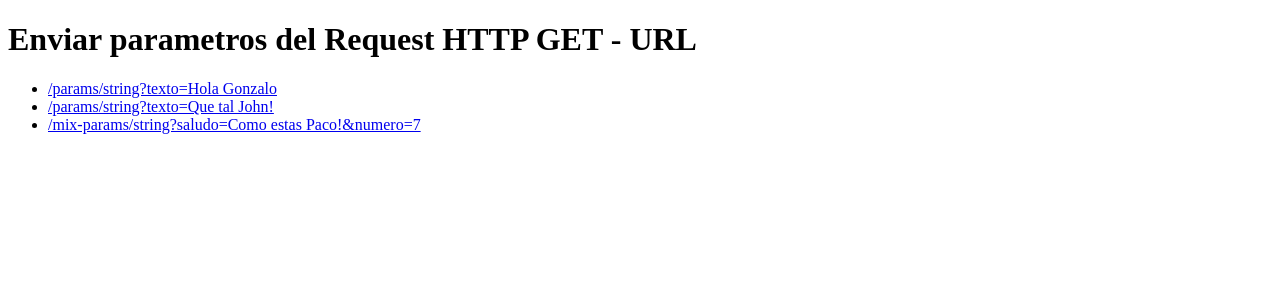
Repository: ChocoCoding/spring-boot-inventario
Page: http://localhost/params/index
These files come from the project's save history. The page is drawn as it stood at one moment and after the next save; the edit follows.
The browser window is 1280 px wide. The pictures show the whole page.
The page is this project's Thymeleaf template; nobody is signed in. The template is opened directly, without the code that normally fills it, so the values that code supplies are empty.

Above is the page before, as saved 2023-06-12 13:15:39.

### spring-boot-web/src/main/resources/templates/params/index.html
<!DOCTYPE html>
<html xmlns:th="http://www.thymeleaf.org">
<head>
<meta charset="UTF-8"/>
<title>Enviar parametros del Request HTTP GET - URL</title>
</head>
<body>
<h1>Enviar parametros del Request HTTP GET - URL</h1>
<ul>
<li>
<a th:href="@{/params/string(texto='Hola Gonzalo')}">/params/string?texto=Hola Gonzalo</a>
</li>
<li>
<a th:href="@{/params/string(texto='Que tal John!')}">/params/string?texto=Que tal John!</a>
</li>
<li>
<a th:href="@{/params/mix-params(saludo='Como estas Paco!',numero=7)}">/mix-params/string?saludo=Como estas Paco!&numero=7</a>
</li>
</ul>
</body>
</html>

After the next save:
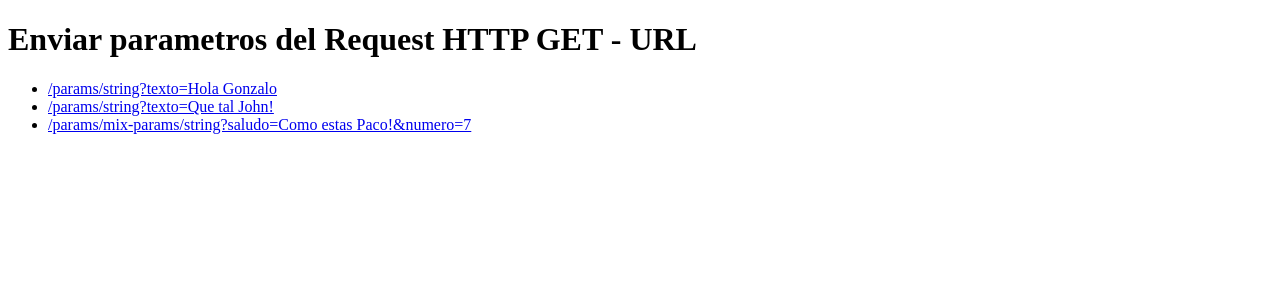
Saved 77 s later.
--- a/spring-boot-web/src/main/resources/templates/params/index.html
+++ b/spring-boot-web/src/main/resources/templates/params/index.html
@@ -14,7 +14,7 @@
 <a th:href="@{/params/string(texto='Que tal John!')}">/params/string?texto=Que tal John!</a>
 </li>
 <li>
-<a th:href="@{/params/mix-params(saludo='Como estas Paco!',numero=7)}">/mix-params/string?saludo=Como estas Paco!&numero=7</a>
+<a th:href="@{/params/mix-params(saludo='Como estas Paco!',numero=7)}">/params/mix-params/string?saludo=Como estas Paco!&numero=7</a>
 </li>
 </ul>
 </body>
